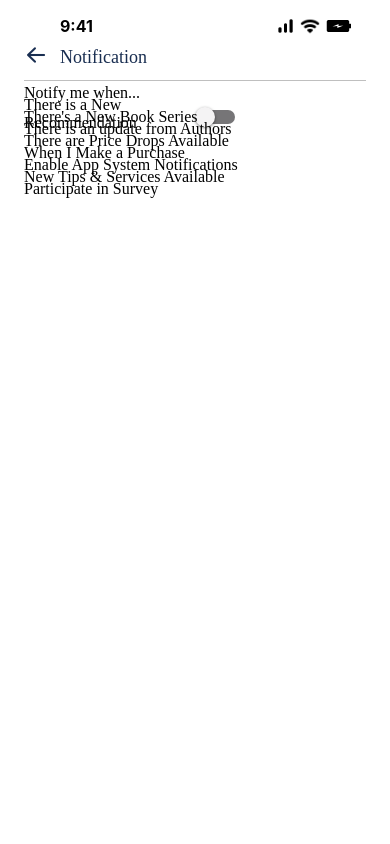
Repository: tnmod/Erabook
Screen: / (app in app/)
These files come from the project's save history. The screen is drawn as it stood at one moment and after the next save; the edit follows.
The app was drawn by React Native's web renderer in a window 390 px wide. The project was rebuilt for these pictures with package versions that can differ from the ones it lists, and the page was loaded fresh each time. Imported but missing from the stored project, and not drawn on this page: app/src/redux/features/CounterAPI.

Above is the screen before, as saved 2023-05-25 15:49:35.

After the next save:
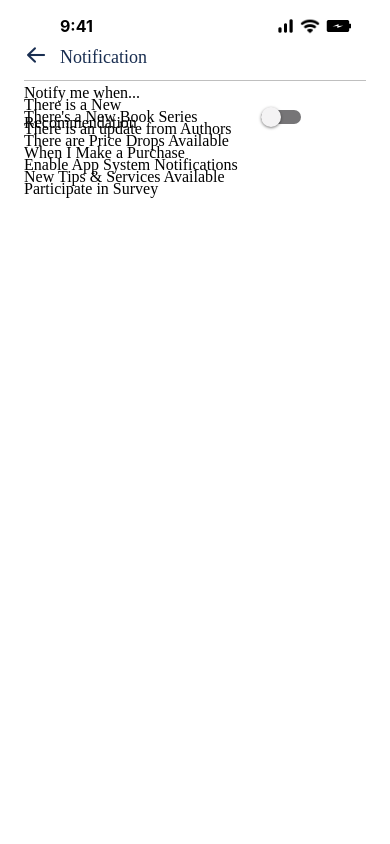
Saved 27 s later.
--- a/app/src/screens/Notification/Notification.tsx
+++ b/app/src/screens/Notification/Notification.tsx
@@ -23,7 +23,7 @@ const Notification: React.FC = () => {
             </View>
           <TouchableOpacity style={[styles.container1]}>
             <Text style={[styles.text3]}>There is a New Recommendation</Text>
-            <View style={styles.container}>
+            <View style={styles.container3}>
       <Switch
         trackColor={{false: '#767577', true: '#81b0ff'}}
         thumbColor={isEnabled ? '#f5dd4b' : '#f4f3f4'}
